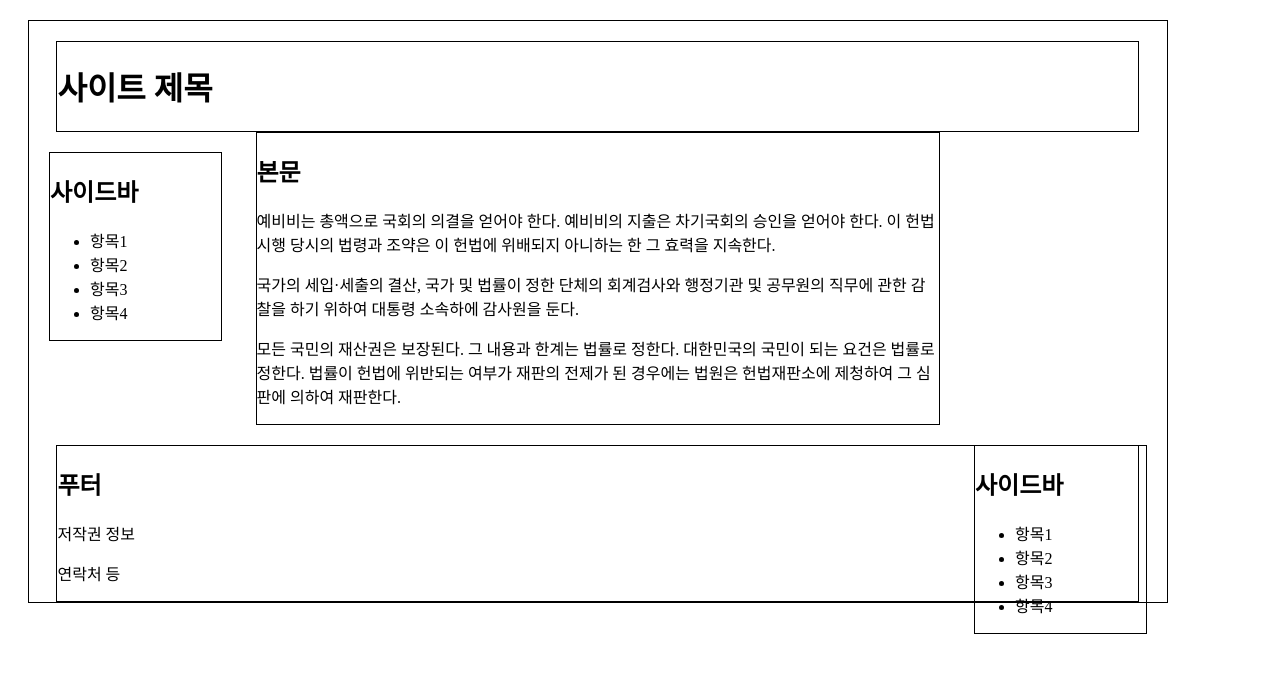
Repository: RyuJelly/java_web
Page: CSS/WebContent/3-layout.html
An editor plug-in stored every save of this project. The page is shown before and after the next save, followed by the edit.
The browser window is 1280 px wide. The pictures show the whole page.

Above is the page before, as saved 2021-03-08 07:21:12.

After the next save:
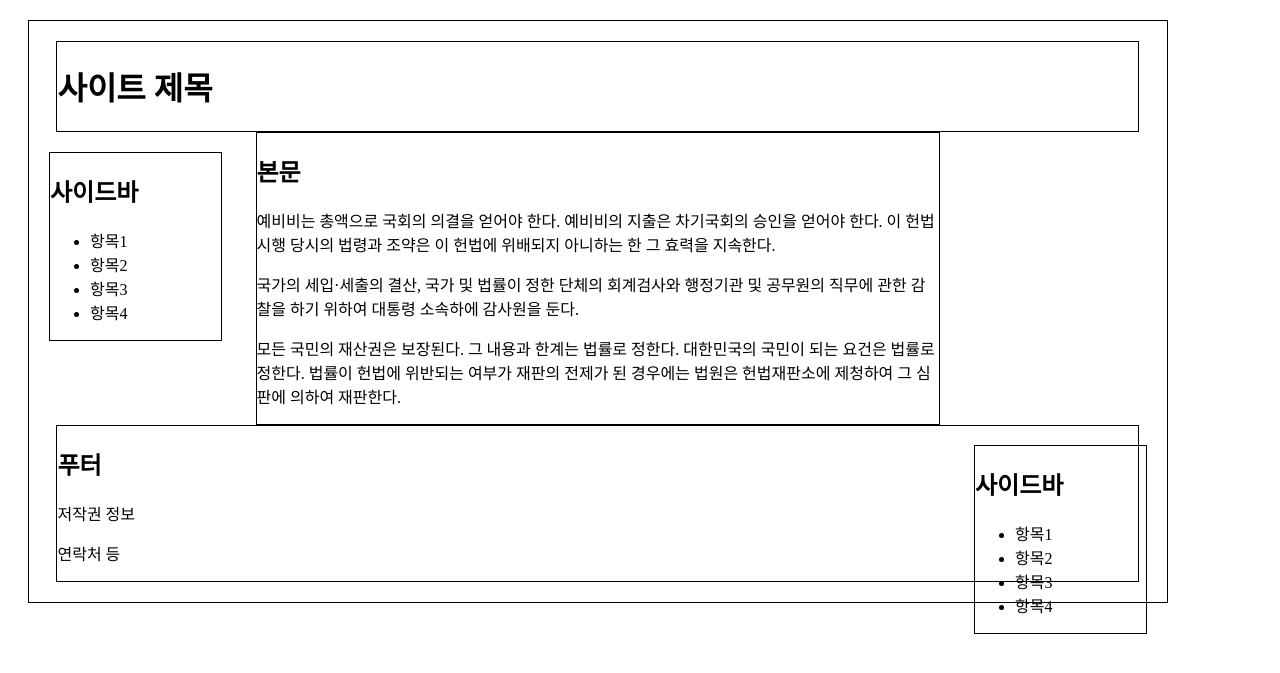
Saved 12 s later.
--- a/CSS/WebContent/3-layout.html
+++ b/CSS/WebContent/3-layout.html
@@ -47,7 +47,7 @@
 				height: 25%;
 				border: 1px solid;
 				margin: auto;
-				margin-top: 20px;
+				margin-bottom: 20px;
 			}
 
 		</style>
